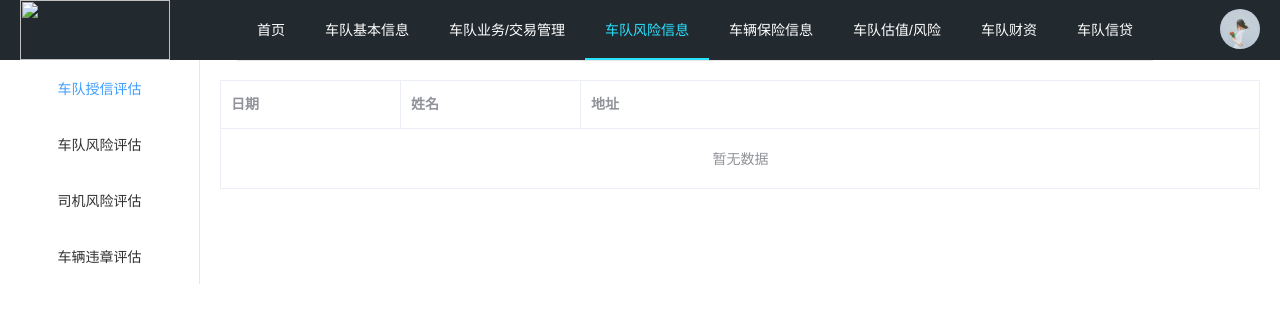
Repository: TheWomanLiketheWind/woodpecker
Page: /
The author's editor kept a copy of each file at every save. The page is drawn from the files as they stood at one save, then again after the next save.
The browser window is 1280 px wide. The pictures show the whole page.
The project was rebuilt for these pictures with package versions that can differ from the ones it lists, and the page was loaded fresh each time. Also part of the build but not shown: src/views/menuThird.vue.

Above is the page before, as saved 2019-07-25 17:50:04.

After the next save:
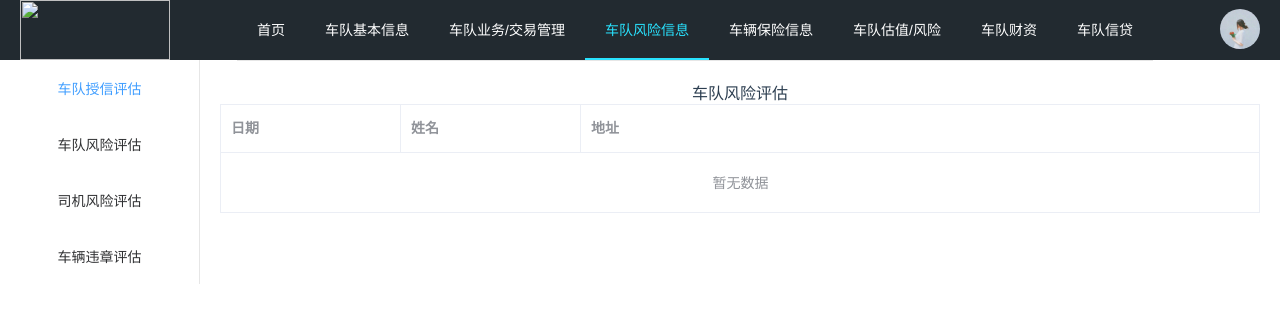
Saved 16 s later.
--- a/src/views/menuSecond.vue
+++ b/src/views/menuSecond.vue
@@ -12,6 +12,7 @@
       </el-menu>
     </el-aside>
     <el-main>
+      {{filesList.navigeList[this.selectIndex].name}}
       <el-table :data="filesList.navigeList[this.selectIndex].tableData"
                 border
                 style="width: 100%">
